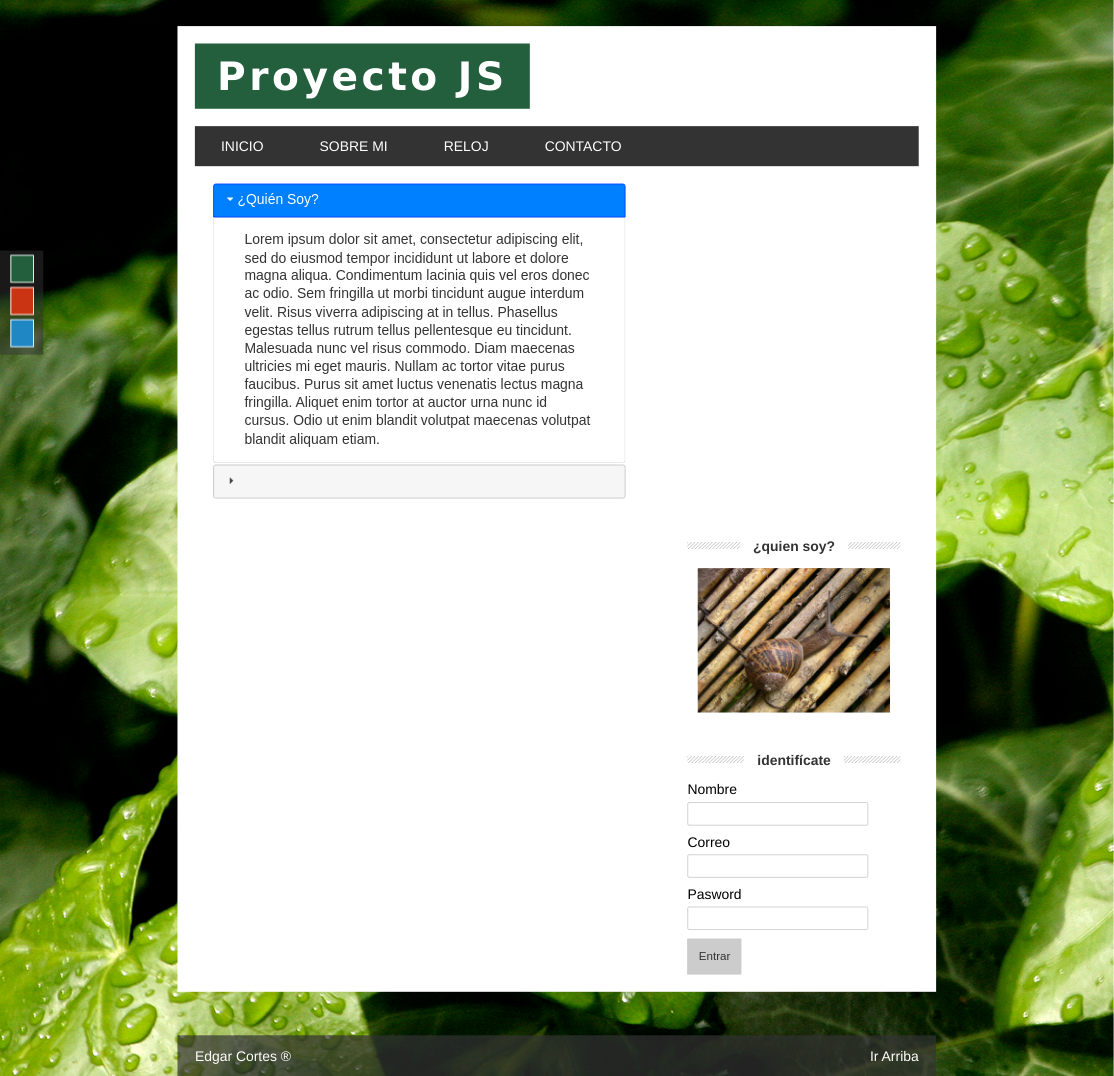
Repository: eucortes/demopage
Page: javascript/Proyecto/About.html
These files come from the project's save history. The page is drawn as it stood at one moment and after the next save; the edit follows.
The browser window is 1280 px wide. The pictures show the whole page, at 87% of full size.
Backgrounds fixed to the window are drawn as part of the page. Some web libraries are served in a nearby version.

Above is the page before, as saved 2019-09-24 18:21:41.

After the next save:
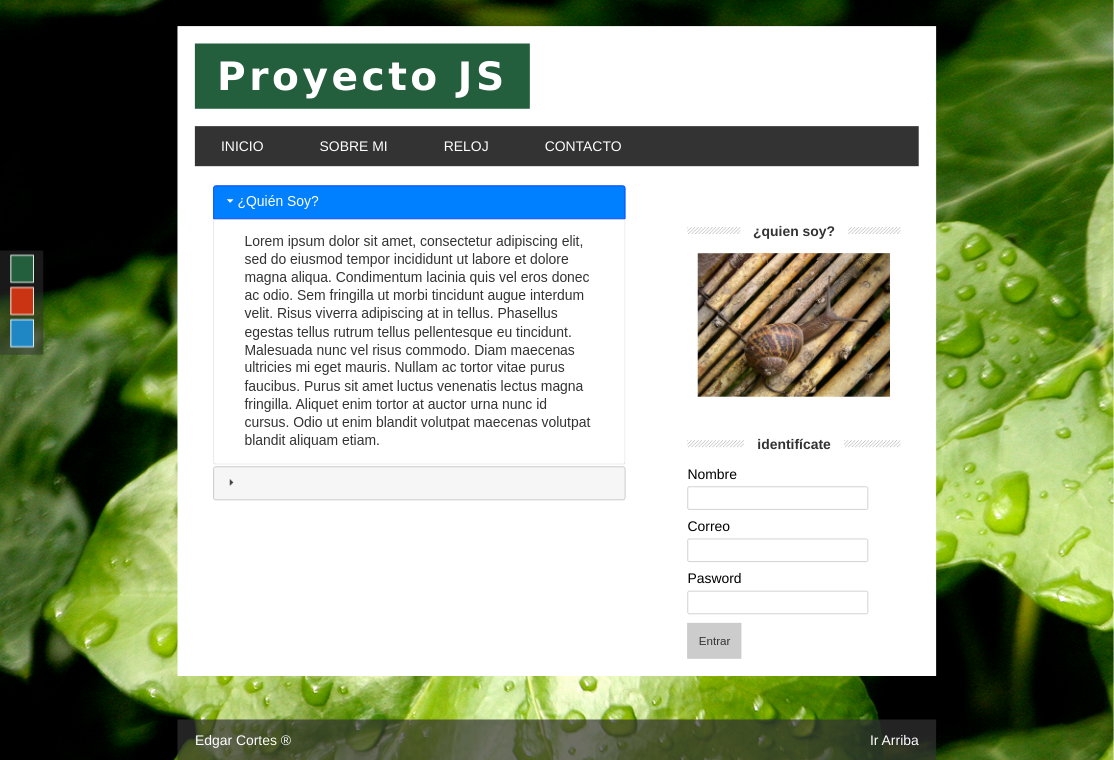
Saved 16 min 1 s later.
--- a/javascript/Proyecto/css/styles-about.css
+++ b/javascript/Proyecto/css/styles-about.css
@@ -1,3 +1,4 @@
 #box{
-    width: 60%
+    width: 60%;
+    float: left;
 }
